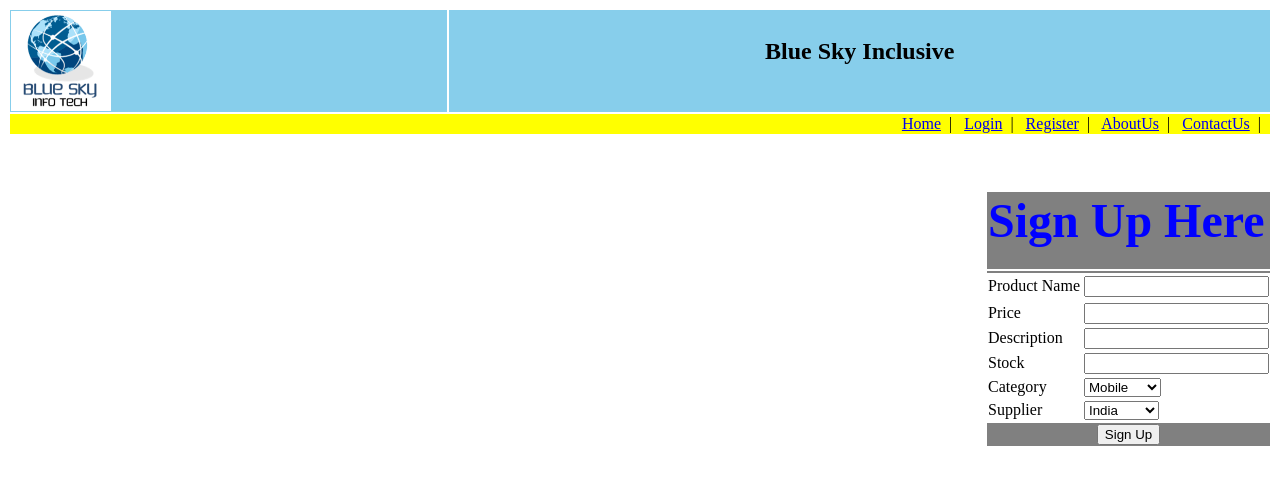
Repository: aishwaryaR16/Term-2-Project
Page: http://localhost/WebDemo/Product.jsp
These files come from the project's save history. The page is drawn as it stood at one moment and after the next save; the edit follows.
The browser window is 1280 px wide. The pictures show the whole page.
The page is served by Tomcat 9.

Above is the page before, as saved 2020-11-19 16:44:25.

After the next save:
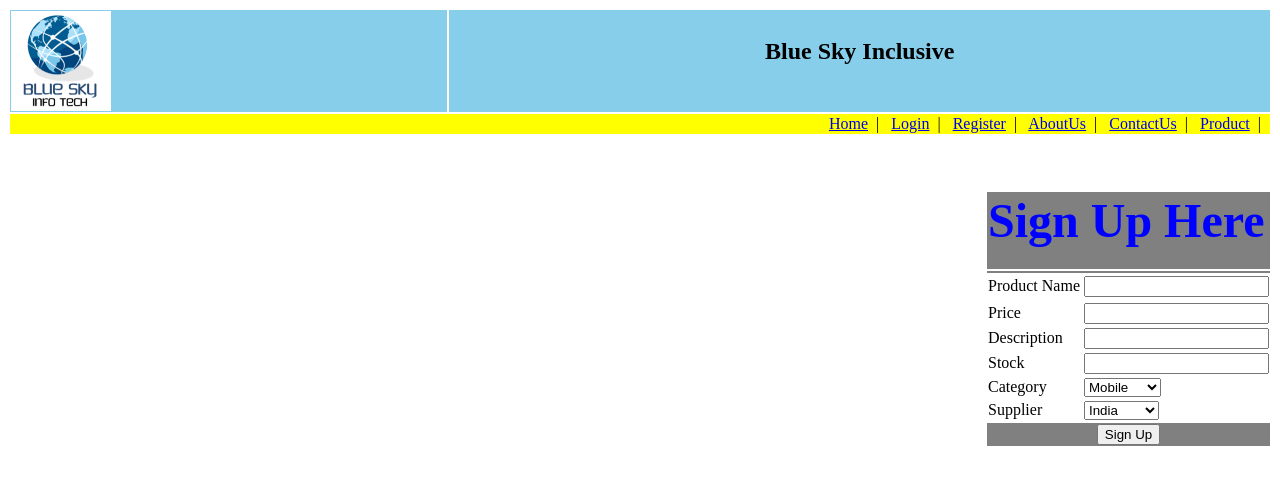
Saved 2 min 19 s later.
--- a/eclipse-workspace1/WebDemo/WebContent/CommonHeader.jsp
+++ b/eclipse-workspace1/WebDemo/WebContent/CommonHeader.jsp
@@ -23,7 +23,7 @@
 <a href="Register">Register</a>&nbsp;&nbsp;|&nbsp;&nbsp;
 <a href="AboutUs">AboutUs</a>&nbsp;&nbsp;|&nbsp;&nbsp;
 <a href="ContactUs">ContactUs</a>&nbsp;&nbsp;|&nbsp;&nbsp;
-
+<a href="Product">Product</a>&nbsp;&nbsp;|&nbsp;&nbsp;
 </p>
 </tr>
 </table>
